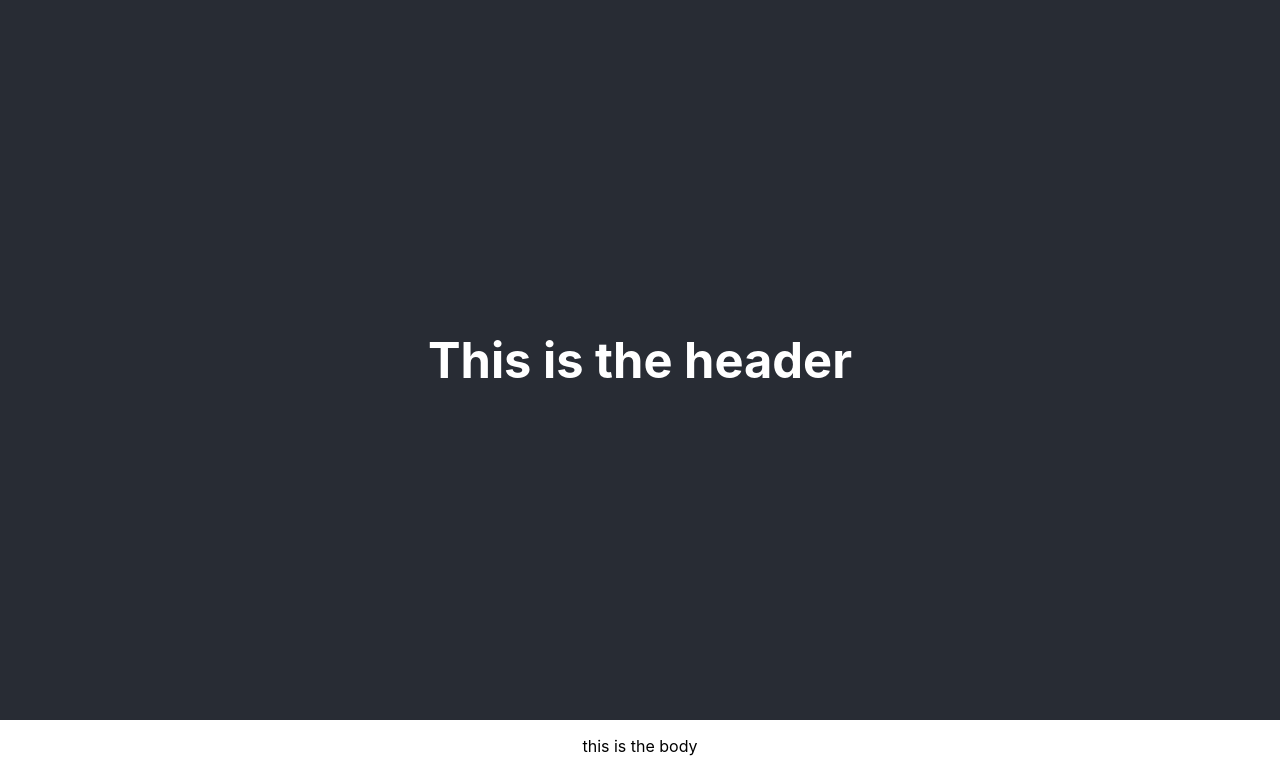
Repository: EyanIngles/AR
Page: /
An editor plug-in stored every save of this project. The page is shown before and after the next save, followed by the edit.
The browser window is 1280 px wide. The pictures show the whole page.
The project was rebuilt for these pictures with package versions that can differ from the ones it lists, and the page was loaded fresh each time.

Above is the page before, as saved 2024-05-28 17:48:33.

### src/App.js

import './App.css';

function App() {
  return (
    <div className="App">
      <header className="App-header">
        <h1>This is the header</h1>
      </header>
      <div>
        <p>this is the body</p>
      </div>
    </div>
  );
}

export default App;

### src/App.css
.App {
  text-align: center;
}

.App-logo {
  height: 40vmin;
  pointer-events: none;
}

@media (prefers-reduced-motion: no-preference) {
  .App-logo {
    animation: App-logo-spin infinite 20s linear;
  }
}

.App-header {
  background-color: #282c34;
  min-height: 100vh;
  display: flex;
  flex-direction: column;
  align-items: center;
  justify-content: center;
  font-size: calc(10px + 2vmin);
  color: white;
}

.App-link {
  color: #f2e47b;
}

@keyframes App-logo-spin {
  from {
    transform: rotate(0deg);
  }
  to {
    transform: rotate(360deg);
  }
}

Loaded but not shown: public/index.html (common file); src/index.js (common file); src/index.css (common file); src/reportWebVitals.js (common file)

After the next save:
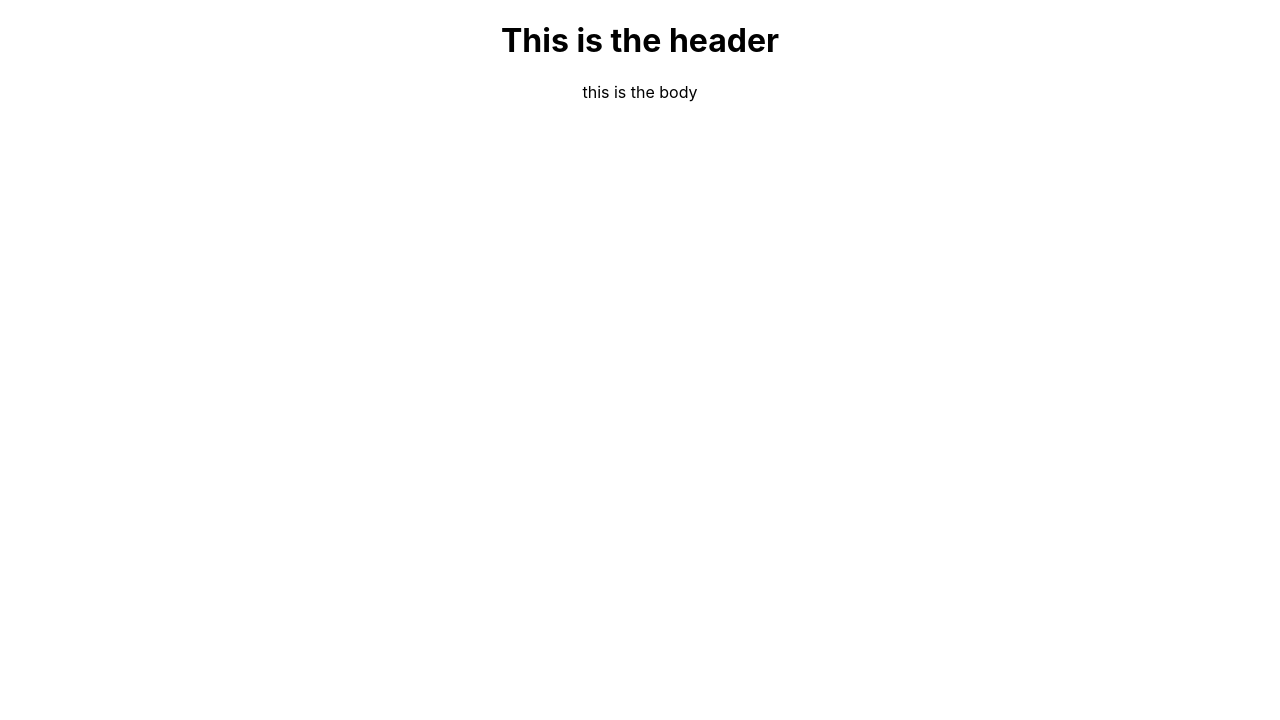
Saved 45 s later.
--- a/src/App.js
+++ b/src/App.js
@@ -4,7 +4,7 @@
 function App() {
   return (
     <div className="App">
-      <header className="App-header">
+      <header className="App">
         <h1>This is the header</h1>
       </header>
       <div>

After the save that followed:
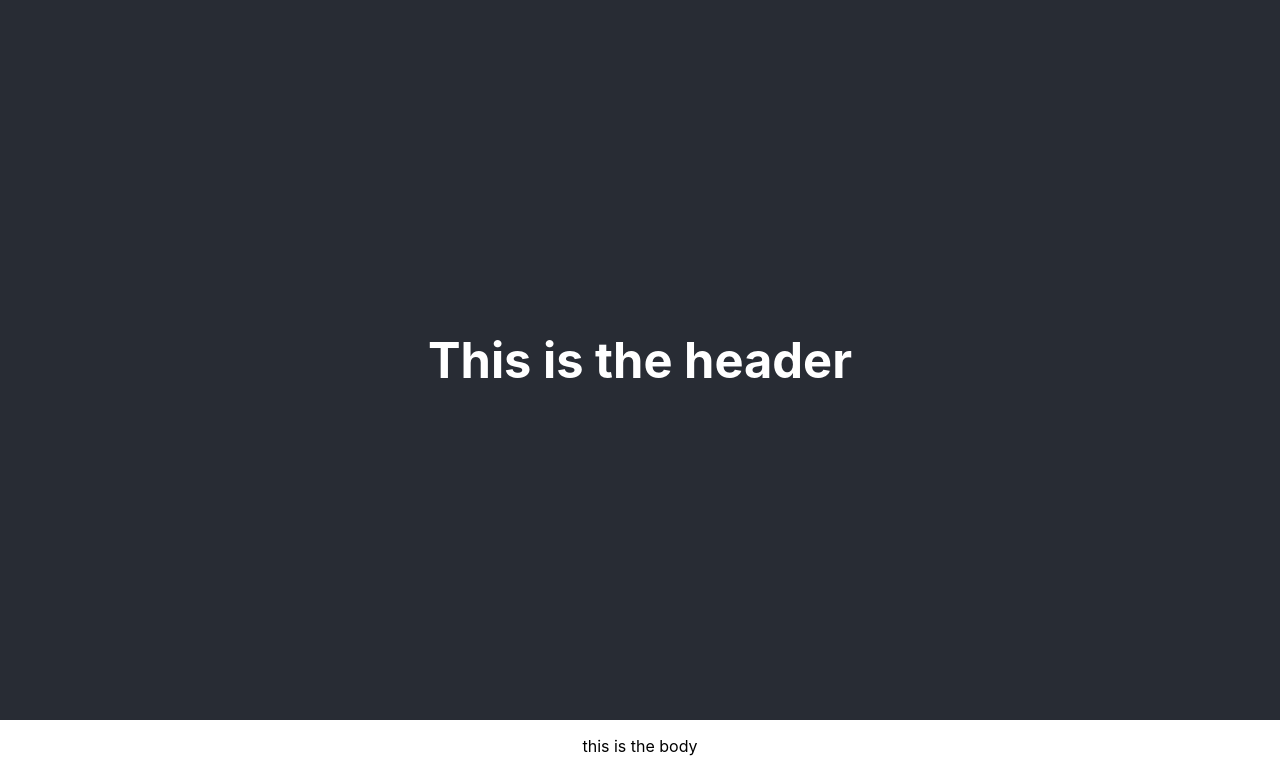
Saved 40 s later.
--- a/src/App.js
+++ b/src/App.js
@@ -4,7 +4,7 @@
 function App() {
   return (
     <div className="App">
-      <header className="App">
+      <header className="App-header">
         <h1>This is the header</h1>
       </header>
       <div>
